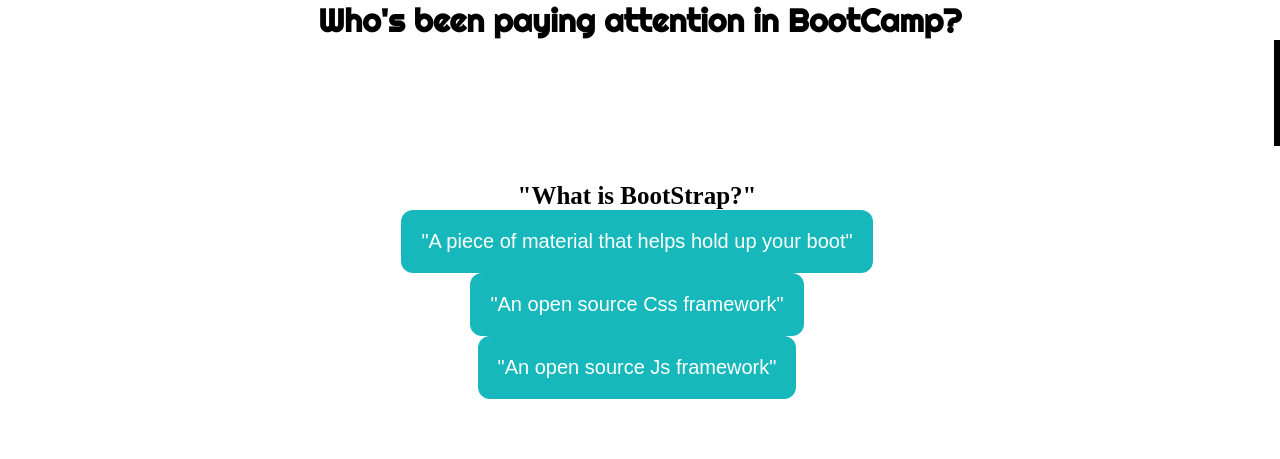
Repository: kkyler24/Quizlet
Page: Quiz.html
These files come from the project's save history. The page is drawn as it stood at one moment and after the next save; the edit follows.
The browser window is 1280 px wide. The pictures show the whole page.
Some web libraries are served in a nearby version.

Above is the page before, as saved 2020-03-16 00:44:06.

### Quiz.html
<!DOCTYPE html>

<html lang="en">

<head>
    <meta charset="UTF-8">
    <meta name="viewport" content="width=device-width, initial-scale=1.0">

    <!-- font family -->
    <link href="https://fonts.googleapis.com/css2?family=Righteous&display=swap" rel="stylesheet">

    <!-- Popper -->
    <script src="https://cdnjs.cloudflare.com/ajax/libs/popper.js/1.12.9/umd/popper.min.js"
        integrity="sha384-ApNbgh9B+Y1QKtv3Rn7W3mgPxhU9K/ScQsAP7hUibX39j7fakFPskvXusvfa0b4Q"
        crossorigin="anonymous"></script>
    <!-- Myfiles -->
    <link rel="stylesheet" type="text/css" href="DevOpsFiles/Style.css">
    <title>Quiz it</title>
</head>

<header>Who's been paying attention in BootCamp?</header>

<!-- Quiz Design -->

<body>
    <div class="time"></div>
    <Div class="flex-container">
        <div id="questionBoxOne" class="row" style="display: block;">
            <div class="col-md-6 col-sm-3 questionDiv">
                "What is BootStrap?"
                <div class="col-8 col-sm-6 answerA">
                    <button type="button" class="button">"A piece of material that helps hold up your
                        boot"
                    </button>
                </div>
                <div class="col-8 col-sm-6 answerA correct">
                    <button type="button" class="button">"An open source Css
                        framework"</button>
                </div>
                <div class="col-8 col-sm-6 answerA">
                    <button type="button" class="button">"An open source Js framework"</button>
                </div>
            </div>
        </div>

        <div id="questionBoxTwo" class="row" style="display: none;">
            <div class="col-md-6 col-sm-3 questionDiv">
                "Javascript is to muscles as HTML is to...?"
            </div>
                <div class="col-8 col-sm-6 answerB correct">
                    <button type="button" class="button"> IceCream"</button>
                </div>
                <div class="col-8 col-sm-6 answerB">
                    <button type="button" class="button">"Skin"</button>
                </div>
                <div class="col-8 col-sm-6 answerB">
                    <button type="button" class="button">"Skeleton"</button>
                </div>
            </div>


        <div id="questionBoxThree" class="row" style="display: none;">
            <div class="col-md-6 col-sm-3 questionDiv">
                "What does HTML stand for?"
                <div class="row">

                    <div class="col-8 col-sm-6 answerC">
                        <button type="button" class="button">"Home Tools Mark-up language" </button>

                        <div class="col-8 col-sm-6 answerC">
                            <button type="button" class="button"> "Hyper-text Mark down language "</button>

                            <div class="col-8 col-sm-6 answerC">
                                <button type="button" class="button">"Hyper-text Mark up language
                                    "</button>
                            </div>
                        </div>
                    </div>
                </div>
            </div>
        </div>

        <div id="questionBoxFour" class="row" style="display: none;">
            <div class="col-md-6 col-sm-3 questionDiv">
                "What is BootStrap?"
                <div class="row">

                    <div class="col-8 col-sm-6 answerD">
                        <button type="button" class="button">"A piece of material that helps hold
                            up your boot" </button>

                        <div class="col-8 col-sm-6 answerD">
                            <button type="button" class="button">"An open source Css
                                framework"</button>

                            <div class="col-8 col-sm-6 answerD">
                                <button id="D" type="button" class="button">"An open source Js
                                    framework"</button>
                            </div>
                        </div>
                    </div>
                </div>
            </div>
        </div>
    </Div>

    <script src="https://code.jquery.com/jquery-3.4.1.js"></script>
    <script src="DevOpsFiles/Java.js"></script>
</body>

</html>

### DevOpsFiles/Style.css
body{
    margin: auto;
    text-align: center;
    background-image: image();
  }

.flex-container {
    display: flex;
    height: 500px;
    justify-content: center;
    align-items: center;
    flex-direction: column;
  }

header{
font-family: "Righteous", cursive;
font-size: xx-large;
font-weight: bolder;

  }

#secLeft {
  position: absolute;
  top: 0.1%;
  display: block;
}

#questionBoxOne {
  position: absolute;

}

#questionBoxTwo {
  position: absolute;

}

#questionBoxThree {
  position: absolute;

}

#questionBoxFour {
  position: absolute;

}
.questionDiv{
  font-size: 25px;
  font-weight: bold;

}

.button{
background-color: rgb(22, 184, 187);
padding: 20px;
border-radius: 12px;
border: none;
color: white;
font-family:Arial, Helvetica, sans-serif;
font-size: 20PX;
}

.time{
  float: right;
  border: solid;
  height: 100px;
  text-align: center;
}

#startButton{
  text-align: center;
  margin-top: 50px;
}

### DevOpsFiles/Java.js

// record start time
var startTime;
function display() {
    // later record end time
    var endTime = new Date();

    // time difference in ms
    var timeDiff = endTime - startTime;

    // strip the miliseconds
    timeDiff /= 1000;

    // get seconds
    var seconds = Math.floor(timeDiff % 60);

    // remove seconds from the date
    timeDiff = Math.floor(timeDiff / 60);

    // get minutes
    var minutes = Math.round(timeDiff % 60);

    // remove minutes from the date
    timeDiff = Math.floor(timeDiff / 60);

    // get hours
    var hours = Math.round(timeDiff % 24);

    // remove hours from the date
    timeDiff = Math.floor(timeDiff / 24);

    // the rest of timeDiff is number of days
    var days = timeDiff;

    $(".time").text(hours + ":" + minutes + ":" + seconds);
    setTimeout(display, 1000);
}

$("#startButton").click(function () {
    startTime = new Date();
    setTimeout(display, 1000);
});


//   function stopTimer() {
//     secondsElapsed = 0;
//     formatTime();
//   }
//   function startTimer() {
//     if (totalSeconds > 0) {
//       secondsElapsed = 0;
//       timer = setInterval(function () {
//         secondsElapsed++;
//         formatTime();
//       }, 1000);
//     }
//     formatTime();
//   }
// };

// ---Score Code---
var totalScore = [];

function getSum(total, num) {
  return total + Math(num);
}
function myFunction(item) {
  document.getElementById("stats").innerHTML = totalScore.reduce(getSum, 0);
}



// Questions Object
var Quests = [
  {
    Q1: {
      Question: "What is BootStrap?",
      answers: ["A piece of material that helps hold up your boot", "An open source Css framework", "An open source JS framework"],
      answersCorrect: [1]

    },

    Q2: {
      Question: "HTML is to Skeleton as Javascript is to...?",
      answers: ["Muscles", "Skin", "Coffee"],
      answersCorrect: [0]
    },

    Q3: {
      Question: "What does HTML stand for?",
      answers: ["A piece of material that helps hold up your boot", "An open source Css framework", "An open source JS framework"],
      answersCorrect: [3]
    },

    Q4: {
      Question: "What is BootStrap?",
      answers: ["A piece of material that helps hold up your boot", "An open source Css framework", "An open source JS framework"],
      answersCorrect: [2]
    }
  }];


// -->Get faded code<--
$(".answerA").on("click", function () {
  $("#questionBoxOne").fadeIn(3600, function () {
  })
});

$(".answerA").on("click", function () {
  $("#questionBoxOne").fadeOut(2500, function () {
    $(this).remove();
  })
});

$(".answerA").on("click", function () {
  $("#questionBoxTwo").fadeIn(3600, function () {
  })
});

$('.answerB').on('click', function () {
  $("#questionBoxTwo").fadeOut(2500, function () {
    $(this).remove();
  })
});

$(".answerB").on("click", function () {
  $("#questionBoxThree").fadeIn(3600, function () {

  })
});

$('.answerC').on('click', function () {
  $("#questionBoxThree").fadeOut(2500, function () {
    $(this).remove();
  })
});

$(".answerC").on("click", function () {
  $("#questionBoxFour").fadeIn(3500, function () {
  })
});

$('.answerD').on('click', function () {
  $("#questionBoxFour").fadeOut(2500, function () {
    $(this).remove();
  })
});

$(".answerD").on("click", function () {
    $("#stats").slideDown(3500, function () {
    })
  });

//
// var aBBox = document.getElementsByClassName("col-8 col-sm-6 answerB");
// aBBox.


// done.addEventListener("event", function(){
// $(".answerb").on("event", function(){
//   $("#questionBoxTwo").fadeOut(2000,function(){
//     $(this).remove();
// })});



//
// $("#questionBoxTwo").fadeIn(1000,function())

// fade in after (this).remove has been completed
// var buttonCheck = document.getElementsByClassName("button");
// var totalScore = "";

// button listener



// Check the buttons for correct class
// // for ( var i = 0; i > flex-container.lenght; i++) {
// //   $("button").on("click", function(){
// //     if (buttonCheck.click === button.correct){
// //         totalScore = totalScore + 25;
// //     }
// //     else {secondsElapsed + 1500};
//   }
// )}

After the next save:
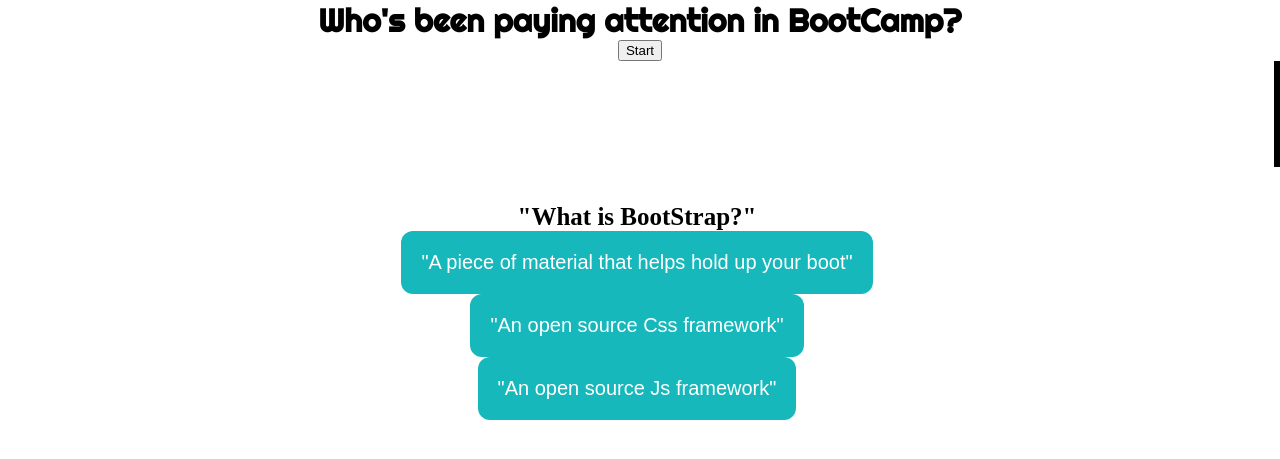
Saved 100 s later.
--- a/Quiz.html
+++ b/Quiz.html
@@ -23,6 +23,9 @@
 <!-- Quiz Design -->
 
 <body>
+    <div>
+        <input type="button" id="button" value="Start" />
+    </div>
     <div class="time"></div>
     <Div class="flex-container">
         <div id="questionBoxOne" class="row" style="display: block;">
